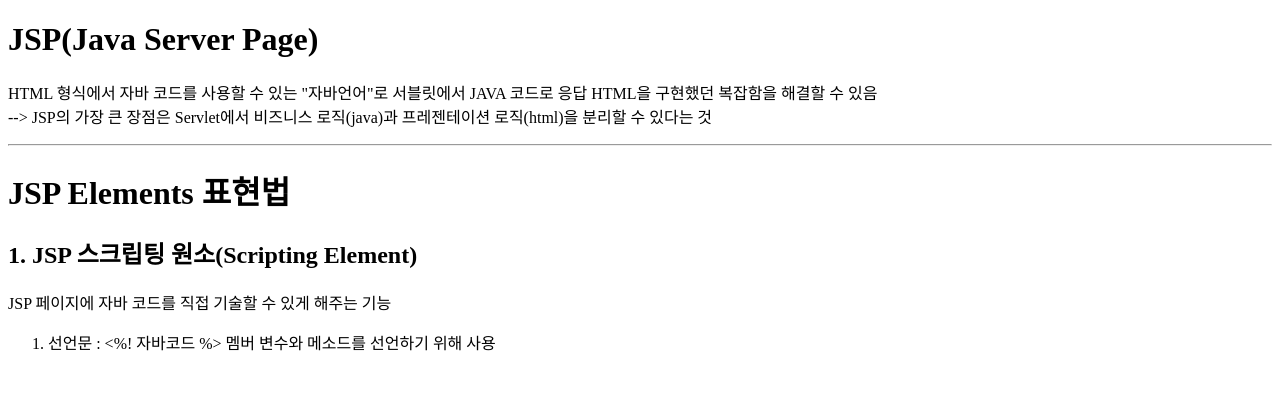
Repository: chuhj1226/servlet
Page: workspace/2_JSP/WebContent/index.html
The author's editor kept a copy of each file at every save. The page is drawn from the files as they stood at one save, then again after the next save.
The browser window is 1280 px wide. The pictures show the whole page.

Above is the page before, as saved 2021-10-05 08:02:05.

### workspace/2_JSP/WebContent/index.html
<!DOCTYPE html>
<html>
<head>
<meta charset="UTF-8">
<title>2_JSP</title>
</head>
<body>
	<h1>JSP(Java Server Page)</h1>
	<p>
		HTML 형식에서 자바 코드를 사용할 수 있는 "자바언어"로
		서블릿에서 JAVA 코드로 응답 HTML을 구현했던 복잡함을 해결할 수 있음<br>
		--> JSP의 가장 큰 장점은 Servlet에서 비즈니스 로직(java)과 프레젠테이션 로직(html)을
		분리할 수 있다는 것
	</p>

	<hr>

	<h1>JSP Elements 표현법</h1>
	<h2>1. JSP 스크립팅 원소(Scripting Element)</h2>
	<p>
		JSP 페이지에 자바 코드를 직접 기술할 수 있게 해주는 기능
	</p>
	<ol>
		<li>선언문 : &lt;%! 자바코드 %&gt;
			멤버 변수와 메소드를 선언하기 위해 사용
	</ol>
</body>
</html>

After the next save:
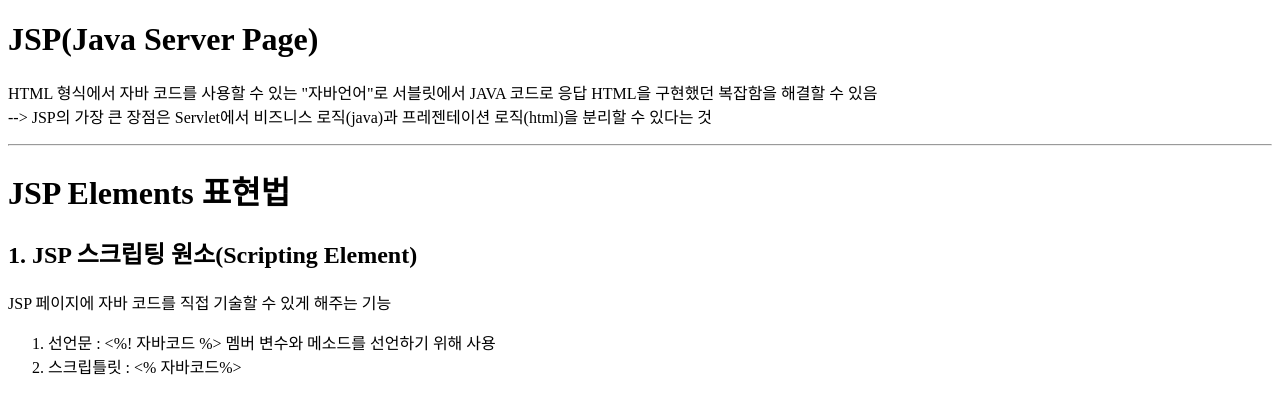
Saved 25 s later.
--- a/workspace/2_JSP/WebContent/index.html
+++ b/workspace/2_JSP/WebContent/index.html
@@ -22,7 +22,8 @@
 	</p>
 	<ol>
 		<li>선언문 : &lt;%! 자바코드 %&gt;
-			멤버 변수와 메소드를 선언하기 위해 사용
+			멤버 변수와 메소드를 선언하기 위해 사용</li>
+		<li>스크립틀릿 : &lt;% 자바코드%&gt;
 	</ol>
 </body>
 </html>
